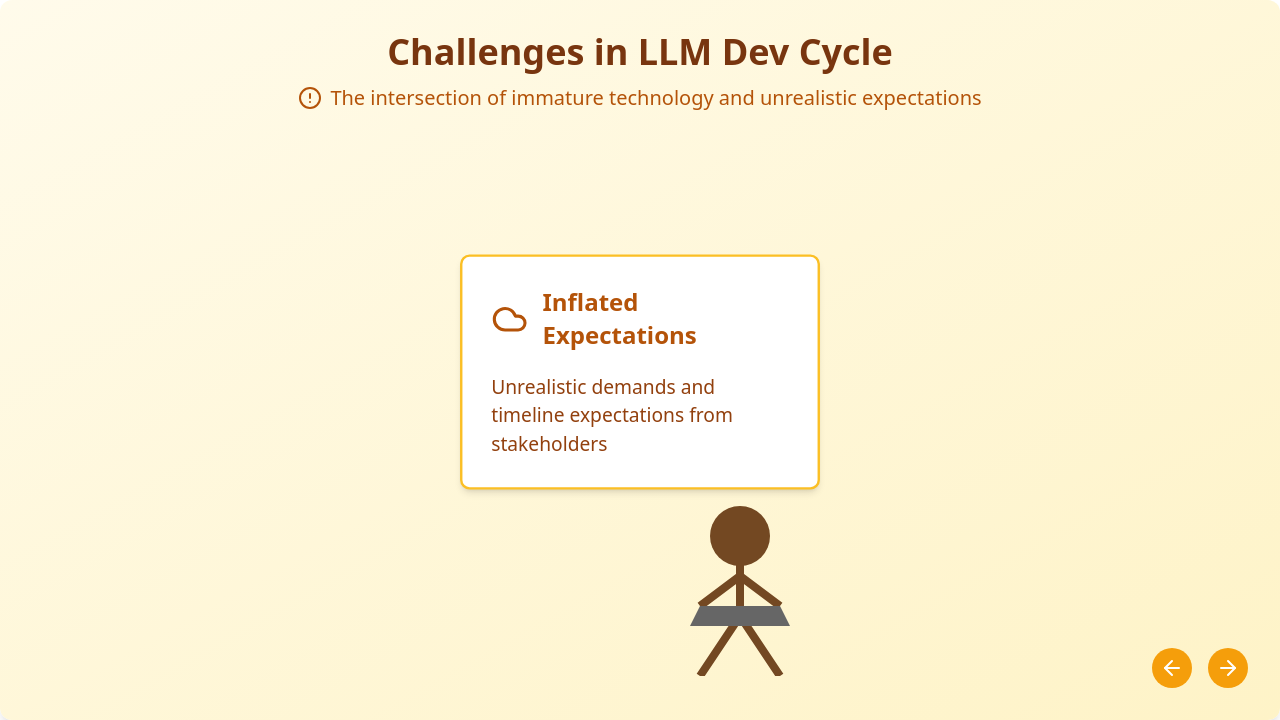
Repository: Galbaz1/dell_presentation
Page: /slide2
An editor plug-in stored every save of this project. The page is shown before and after the next save, followed by the edit.
The browser window is 1280 px wide. The pictures show the whole page.
The project was rebuilt for these pictures with package versions that can differ from the ones it lists, and the page was loaded fresh each time. The framework's server and built-in components were replaced by stand-ins that run in the browser. Also part of the build but not shown: styles/animations/slide1.css, styles/animations/slide2.css.

Above is the page before, as saved 2024-11-11 16:27:38.

### pages/_app.tsx
import '../styles/globals.css'
import '../styles/animations/slide1.css'
import '../styles/animations/slide2.css'
import type { AppProps } from 'next/app'

function MyApp({ Component, pageProps }: AppProps) {
  return <Component {...pageProps} />
}

export default MyApp

### pages/slide2.tsx
import React, { useState, useEffect } from 'react';
import { ArrowRight, ArrowLeft, AlertCircle, Cloud } from 'lucide-react';
import Link from 'next/link';
import { motion, AnimatePresence } from 'framer-motion';

const Slide2: React.FC = () => {
  const [animationPhase, setAnimationPhase] = useState<'falling' | 'hitting' | 'growing' | 'exploding'>('falling');

  useEffect(() => {
    const sequence = async () => {
      await new Promise(resolve => setTimeout(resolve, 3000));
      setAnimationPhase('hitting');

      await new Promise(resolve => setTimeout(resolve, 1000));
      setAnimationPhase('growing');

      await new Promise(resolve => setTimeout(resolve, 15000));
      setAnimationPhase('exploding');
    };

    sequence();
  }, []);

  const blockVariants = {
    falling: {
      y: "-200vh",
      x: "-50%",
      transition: {
        y: {
          type: "spring",
          stiffness: 100,
          damping: 10,
          duration: 3
        }
      }
    },
    hitting: {
      y: "140%",
      x: "-50%",
      transition: {
        type: "spring",
        stiffness: 300,
        damping: 15
      }
    },
    growing: {
      y: "50%",
      x: "-50%",
      scale: [1, 1.2, 1.1, 1.4, 1.3, 1.6, 1.5, 1.8, 1.7, 2],
      transition: {
        y: { duration: 1, ease: "easeOut" },
        scale: {
          duration: 15,
          times: [0, 0.1, 0.2, 0.3, 0.4, 0.5, 0.6, 0.7, 0.8, 1],
          ease: "easeInOut"
        }
      }
    },
    exploding: {
      opacity: 0,
      transition: { duration: 0.1 }
    }
  };

  const developerVariants = {
    standing: {
      x: "-50%",
      rotate: 0
    },
    fallen: {
      x: "100%",
      rotate: 90,
      transition: {
        type: "spring",
        stiffness: 60,
        damping: 20
      }
    }
  };

  const pieces = Array.from({ length: 12 }).map((_, i) => {
    const row = Math.floor(i / 4);
    const col = i % 4;
    const xOffset = (Math.random() - 0.5) * 800;
    const yOffset = Math.random() * 500 + 500;
    const rotation = Math.random() * 720 - 360;

    return (
      <motion.div
        key={i}
        className="absolute w-1/4 h-1/3 overflow-hidden"
        initial={{ x: 0, y: 0, rotate: 0 }}
        animate={animationPhase === 'exploding' ? {
          x: xOffset,
          y: yOffset,
          rotate: rotation,
          opacity: 0,
        } : {}}
        transition={{
          type: "spring",
          duration: 2,
          bounce: 0.2
        }}
        style={{
          top: `${row * 33.33}%`,
          left: `${col * 25}%`,
        }}
      >
        <div
          className="absolute w-[400%] h-[300%]"
          style={{
            top: `${row * -100}%`,
            left: `${col * -100}%`,
          }}
        >
          <div className="bg-white p-6 rounded-lg shadow-md border-2 border-amber-400">
            <div className="flex items-center mb-4 text-amber-700">
              <Cloud className="w-8 h-8" />
              <h3 className="text-xl font-semibold ml-3">Inflated Expectations</h3>
            </div>
            <p className="text-amber-800">
              Unrealistic demands and timeline expectations from stakeholders
            </p>
          </div>
        </div>
      </motion.div>
    );
  });

  return (
    <div className="bg-gradient-to-br from-amber-50 to-amber-100 p-8 rounded-xl shadow-lg min-h-screen overflow-hidden relative">
      {/* Header */}
      <div className="mb-16 text-center">
        <h1 className="text-4xl font-bold text-amber-900 mb-3">Challenges in LLM Dev Cycle</h1>
        <p className="text-xl text-amber-700 flex items-center justify-center">
          <AlertCircle className="w-6 h-6 mr-2" />
          The intersection of immature technology and unrealistic expectations
        </p>
      </div>

      {/* Main Content Area */}
      <div className="max-w-5xl mx-auto relative h-[500px]">
        {/* Developer Figure */}
        <motion.div
          className="absolute bottom-0 left-1/2 -translate-x-1/2 origin-bottom z-10"
          animate={animationPhase === 'hitting' ? {
            x: "100%",
            rotate: 90,
          } : {}}
          transition={{ delay: 0.1, duration: 1.2 }}
        >
          <div className="relative w-[200px] h-[200px]">
            <svg viewBox="0 0 100 100" className="w-full h-full">
              <path
                d="M50 35 L50 70 L30 100 M50 70 L70 100 M50 50 L30 65 M50 50 L70 65"
                stroke="#734822"
                strokeWidth="4"
                fill="none"
              />
              <circle cx="50" cy="30" r="15" fill="#734822" />
              <path
                d="M30 65 L70 65 L75 75 L25 75 Z"
                fill="#666"
              />
            </svg>
          </div>
        </motion.div>

        {/* Falling Block */}
        <motion.div
          className="absolute left-1/2 -translate-x-1/2 top-0 w-[300px] z-20"
          variants={blockVariants}
          initial="falling"
          animate={animationPhase}
          transition={{
            duration: 2,
            ease: "easeIn"
          }}
        >
          {animationPhase !== 'exploding' ? (
            <div className="bg-white p-6 rounded-lg shadow-md border-2 border-amber-400">
              <div className="flex items-center mb-4 text-amber-700">
                <Cloud className="w-8 h-8" />
                <h3 className="text-xl font-semibold ml-3">Inflated Expectations</h3>
              </div>
              <p className="text-amber-800">
                Unrealistic demands and timeline expectations from stakeholders
              </p>
            </div>
          ) : (
            <div className="relative w-full h-full">
              {pieces}
            </div>
          )}
        </motion.div>
      </div>

      {/* Navigation */}
      <div className="absolute bottom-8 right-8 flex items-center space-x-4">
        <Link href="/" className="bg-amber-500 hover:bg-amber-600 text-white p-2 rounded-full transition-colors">
          <ArrowLeft className="w-6 h-6" />
        </Link>
        <Link href="/slide3" className="bg-amber-500 hover:bg-amber-600 text-white p-2 rounded-full transition-colors">
          <ArrowRight className="w-6 h-6" />
        </Link>
      </div>
    </div>
  );
};

export default Slide2;

### styles/globals.css
@tailwind base;
@tailwind components;
@tailwind utilities;

@keyframes fallAndBounce {
  0% {
    transform: translateY(-100%) translateX(-50%);
  }
  70% {
    transform: translateY(140%) translateX(-50%);
  }
  75% {
    transform: translateY(130%) translateX(-50%);
  }
  80% {
    transform: translateY(135%) translateX(-50%);
  }
  85% {
    transform: translateY(128%) translateX(-50%);
  }
  90% {
    transform: translateY(132%) translateX(-50%);
  }
  100% {
    transform: translateY(0%) translateX(-50%);
  }
}

@keyframes developerFall {
  0%, 69% {
    transform: translateX(-50%) rotate(0deg);
  }
  100% {
    transform: translateX(100%) rotate(90deg);
  }
}

@keyframes pulsate {
  0% {
    transform: translateY(0%) translateX(-50%) scale(1);
  }
  8% {
    transform: translateY(0%) translateX(-50%) scale(1.15);
  }
  10% {
    transform: translateY(0%) translateX(-50%) scale(1.1);
  }
  18% {
    transform: translateY(0%) translateX(-50%) scale(1.35);
  }
  20% {
    transform: translateY(0%) translateX(-50%) scale(1.3);
  }
  28% {
    transform: translateY(0%) translateX(-50%) scale(1.55);
  }
  30% {
    transform: translateY(0%) translateX(-50%) scale(1.5);
  }
  38% {
    transform: translateY(0%) translateX(-50%) scale(1.75);
  }
  40% {
    transform: translateY(0%) translateX(-50%) scale(1.7);
  }
  48% {
    transform: translateY(0%) translateX(-50%) scale(1.95);
  }
  50% {
    transform: translateY(0%) translateX(-50%) scale(1.9);
  }
  100% {
    transform: translateY(0%) translateX(-50%) scale(2);
  }
}

@keyframes explodePiece {
  0% {
    transform: translate(0, 0) rotate(0);
    opacity: 1;
  }
  100% {
    transform: translate(var(--tx), 1000px) rotate(var(--tr));
    opacity: 0;
  }
}

.animate-fall-bounce {
  animation:
    fallAndBounce 3s cubic-bezier(0.4, 0, 0.2, 1) forwards,
    pulsate 8s cubic-bezier(0.4, 0, 0.2, 1) 5s forwards;
}

.animate-developer-fall {
  animation: developerFall 1.2s cubic-bezier(0.4, 0, 0.2, 1) forwards;
  animation-delay: 2.1s;
}

.explosion-piece {
  position: absolute;
  animation: explodePiece 2s cubic-bezier(0.4, 0, 0.2, 1) forwards;
  animation-delay: 16s; /* 5s wait + 8s growth + 3s wait */
}

### tailwind.config.js
/** @type {import('tailwindcss').Config} */
module.exports = {
  content: [
    "./pages/**/*.{js,ts,jsx,tsx}",
    "./components/**/*.{js,ts,jsx,tsx}",
    "./styles/**/*.css",
  ],
  theme: {
    extend: {},
  },
  plugins: [],
}

After the next save:
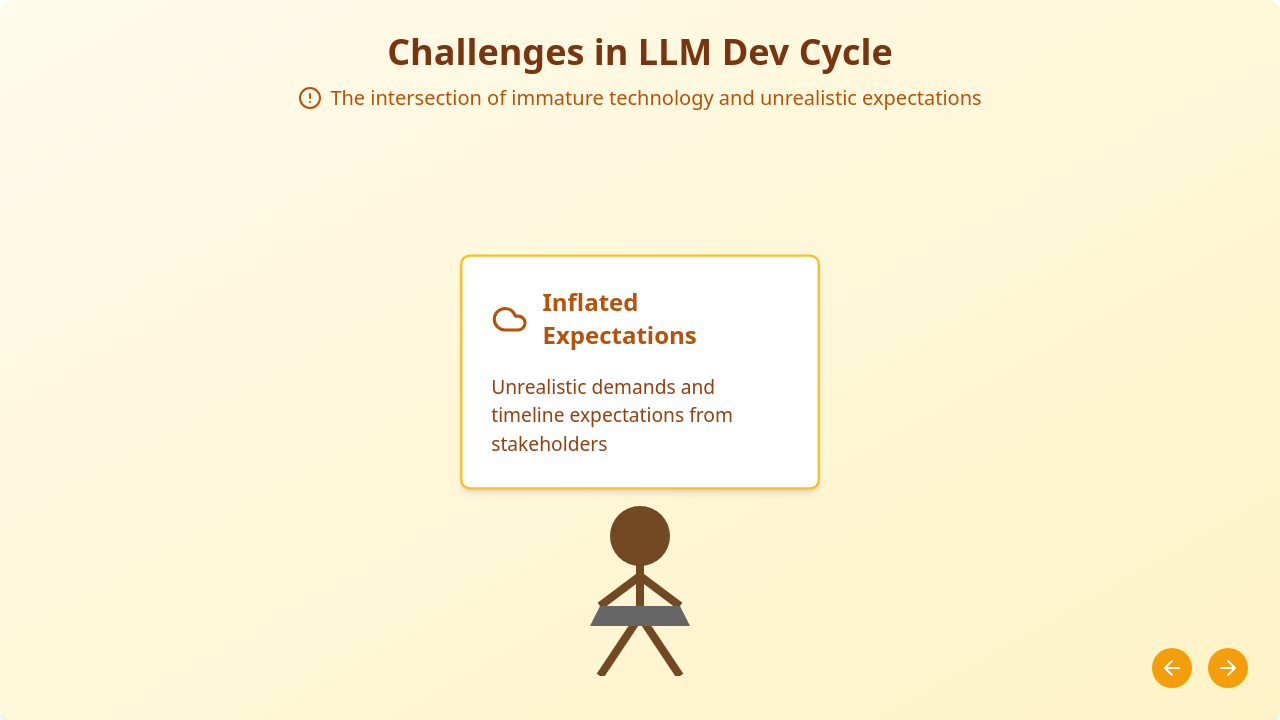
Saved 5 s later.
--- a/pages/slide2.tsx
+++ b/pages/slide2.tsx
@@ -143,11 +143,9 @@ const Slide2: React.FC = () => {
         {/* Developer Figure */}
         <motion.div
           className="absolute bottom-0 left-1/2 -translate-x-1/2 origin-bottom z-10"
-          animate={animationPhase === 'hitting' ? {
-            x: "100%",
-            rotate: 90,
-          } : {}}
-          transition={{ delay: 0.1, duration: 1.2 }}
+          variants={developerVariants}
+          initial="standing"
+          animate={animationPhase === 'hitting' ? 'fallen' : 'standing'}
         >
           <div className="relative w-[200px] h-[200px]">
             <svg viewBox="0 0 100 100" className="w-full h-full">
